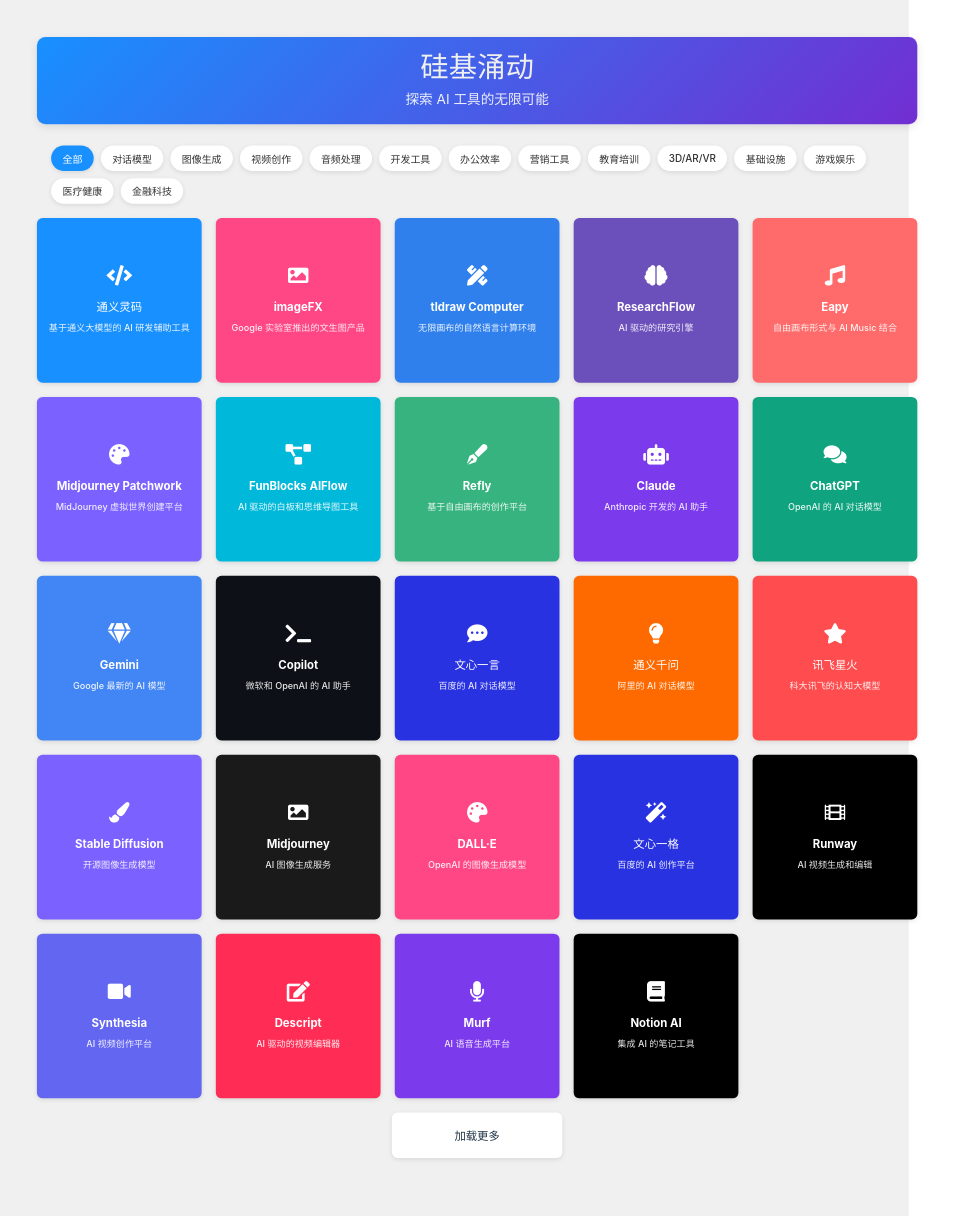
Repository: muyehub/ai-nav
Page: /
An editor plug-in stored every save of this project. The page is shown before and after the next save, followed by the edit.
The browser window is 1280 px wide. The page is 1344 px wide, then 1280 px, then 1344 px, so the pictures cover 1344 px, including what lies to the right of the window. The pictures show the whole page, at 71% of full size.
The project was rebuilt for these pictures with package versions that can differ from the ones it lists, and the page was loaded fresh each time. Also part of the build but not shown: vite.config.ts.

Above is the page before, as saved 2025-02-25 15:59:22.

### index.html
<!DOCTYPE html>
<html lang="en">
  <head>
    <meta charset="UTF-8" />
    <link rel="icon" type="image/svg+xml" href="/vite.svg" />
    <meta name="viewport" content="width=device-width, initial-scale=1.0" />
    <title>Metro 导航</title>
    <link rel="stylesheet" href="https://cdnjs.cloudflare.com/ajax/libs/font-awesome/5.15.4/css/all.min.css">
    <script async src="https://pagead2.googlesyndication.com/pagead/js/adsbygoogle.js?client=ca-pub-YOUR_PUBLISHER_ID"
     crossorigin="anonymous"></script>
  </head>
  <body>
    <div id="app"></div>
    <script type="module" src="/src/main.ts"></script>
  </body>
</html>

### src/components/NavCard.vue
<template>
  <a :href="link" class="nav-card" :class="size" :style="{ backgroundColor: bgColor }" target="_blank">
    <i :class="icon"></i>
    <h3>{{ title }}</h3>
    <p v-if="description">{{ description }}</p>
  </a>
</template>

<script setup lang="ts">
defineOptions({
  name: 'NavCard',
  inheritAttrs: false
})

defineProps<{
  title: string
  description?: string
  icon: string
  bgColor: string
  link: string
  size?: 'small' | 'medium' | 'large'
}>()
</script>

<style scoped>
.nav-card {
  display: flex;
  flex-direction: column;
  align-items: center;
  justify-content: center;
  padding: 15px;
  color: white;
  text-decoration: none;
  border-radius: 8px;
  transition: transform 0.3s;
  aspect-ratio: 1;
  box-shadow: 0 2px 8px rgba(0, 0, 0, 0.1);
}

.nav-card:hover {
  transform: translateY(-5px);
  box-shadow: 0 5px 15px rgba(0, 0, 0, 0.2);
}

.large {
  grid-column: span 1;
  grid-row: span 1;
  font-size: 1.1em;
}

.medium {
  grid-column: span 1;
  font-size: 1em;
}

i { font-size: 1.8em; margin-bottom: 8px; }
h3 { margin: 8px 0; font-size: 1em; }
p {
  margin: 0;
  font-size: 0.8em;
  opacity: 0.9;
  text-align: center;
  display: -webkit-box;
  -webkit-line-clamp: 2;
  -webkit-box-orient: vertical;
  overflow: hidden;
}
</style>

Loaded but not shown: src/main.ts (common file); src/style.css (common file); src/App.vue (987 lines, source omitted)

After the next save:
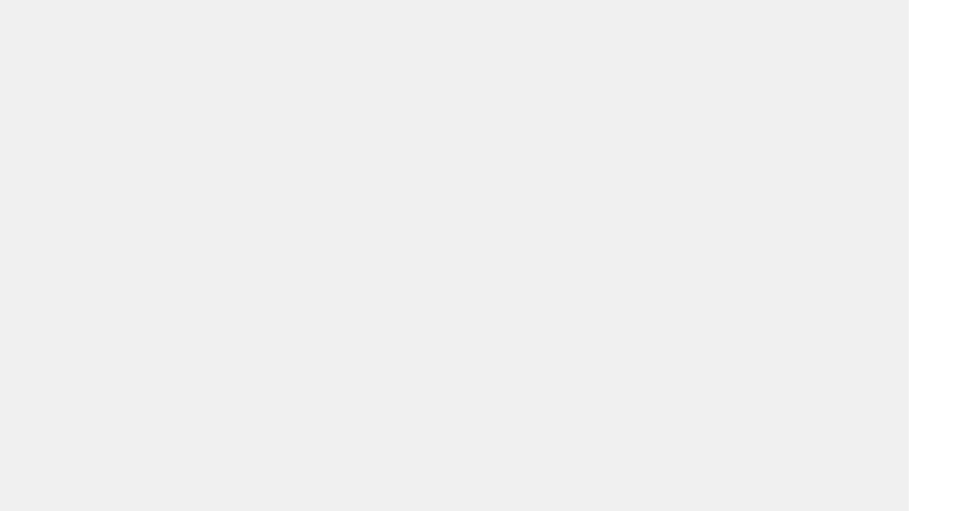
Saved 20 s later.
--- a/index.html
+++ b/index.html
@@ -7,7 +7,6 @@
     <title>Metro 导航</title>
     <link rel="stylesheet" href="https://cdnjs.cloudflare.com/ajax/libs/font-awesome/5.15.4/css/all.min.css">
     <script async src="https://pagead2.googlesyndication.com/pagead/js/adsbygoogle.js?client=ca-pub-YOUR_PUBLISHER_ID"
-     crossorigin="anonymous"></script>
   </head>
   <body>
     <div id="app"></div>

After the save that followed:
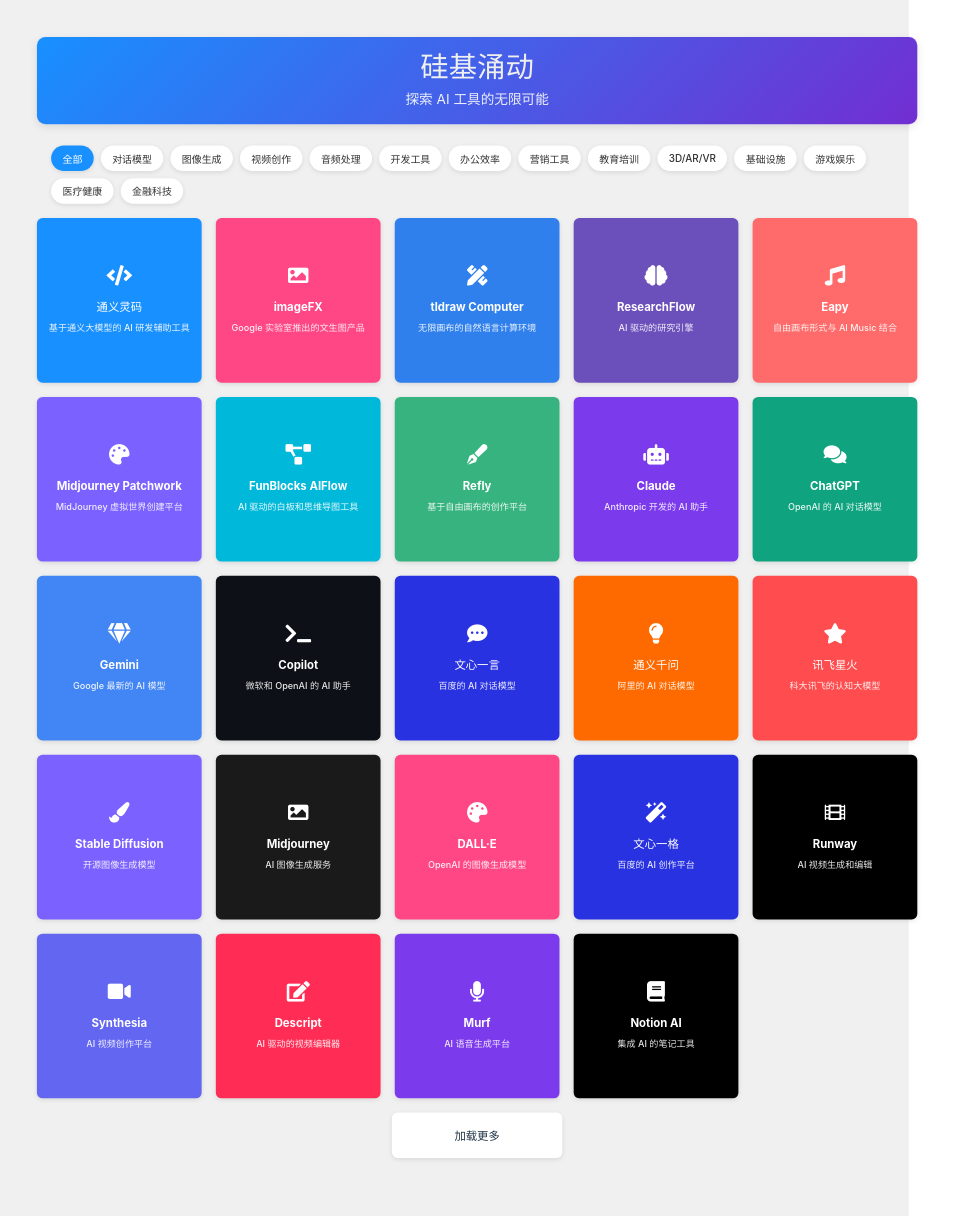
Saved 5 s later.
--- a/index.html
+++ b/index.html
@@ -6,7 +6,6 @@
     <meta name="viewport" content="width=device-width, initial-scale=1.0" />
     <title>Metro 导航</title>
     <link rel="stylesheet" href="https://cdnjs.cloudflare.com/ajax/libs/font-awesome/5.15.4/css/all.min.css">
-    <script async src="https://pagead2.googlesyndication.com/pagead/js/adsbygoogle.js?client=ca-pub-YOUR_PUBLISHER_ID"
   </head>
   <body>
     <div id="app"></div>
